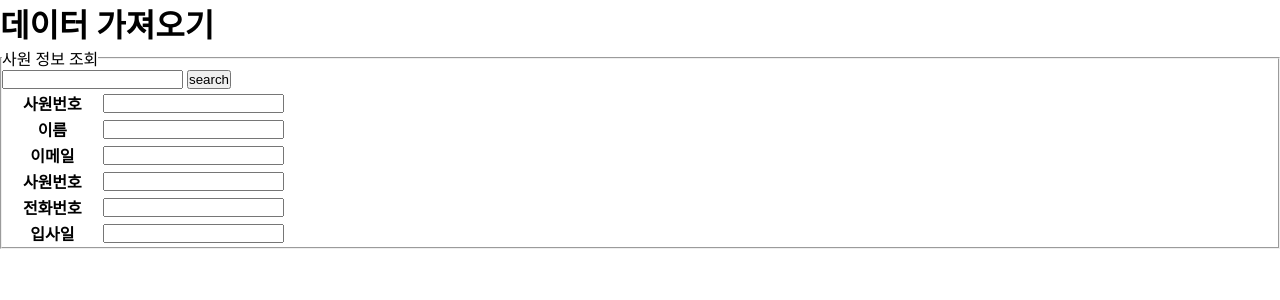
Repository: lafayetteey/WorkSpace
Page: workspace_jq_Ajax/UI_JQ_Ajax/WebContent/jq21_ajax.html
The author's editor kept a copy of each file at every save. The page is drawn from the files as they stood at one save, then again after the next save.
The browser window is 1280 px wide. The pictures show the whole page.

Above is the page before, as saved 2020-06-22 08:12:38.

After the next save:
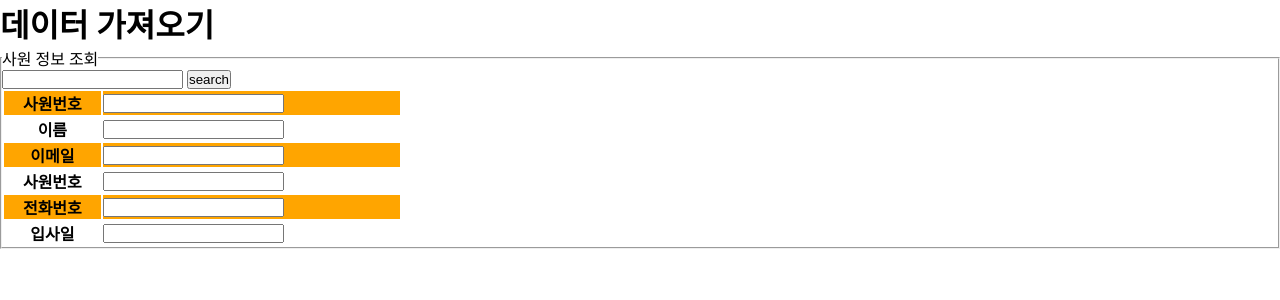
Saved 32 s later.
--- a/workspace_jq_Ajax/UI_JQ_Ajax/WebContent/jq21_ajax.html
+++ b/workspace_jq_Ajax/UI_JQ_Ajax/WebContent/jq21_ajax.html
@@ -9,6 +9,7 @@
 			padding: 0px;
 		}
 		table{width : 400px;}
+		table tr:nth-child(odd){background-color : orange;}
 	</style>
 </head>
 <body>
